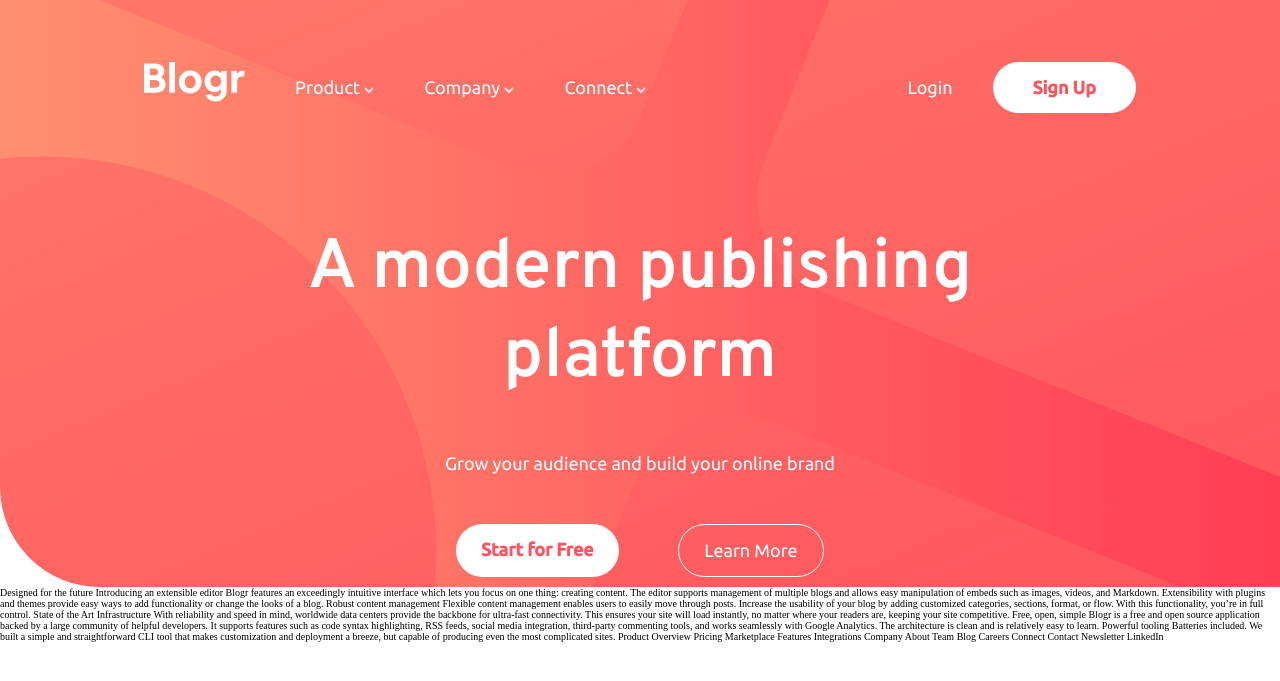
Repository: tomas938/tomaspage3
Page: index.html
These files come from the project's save history. The page is drawn as it stood at one moment and after the next save; the edit follows.
The browser window is 1280 px wide. The pictures show the whole page.
The style sheet was rebuilt from its Sass, Less or Tailwind sources for each picture, by a compiler version that may differ from the author's.

Above is the page before, as saved 2021-07-30 09:29:01.

After the next save:
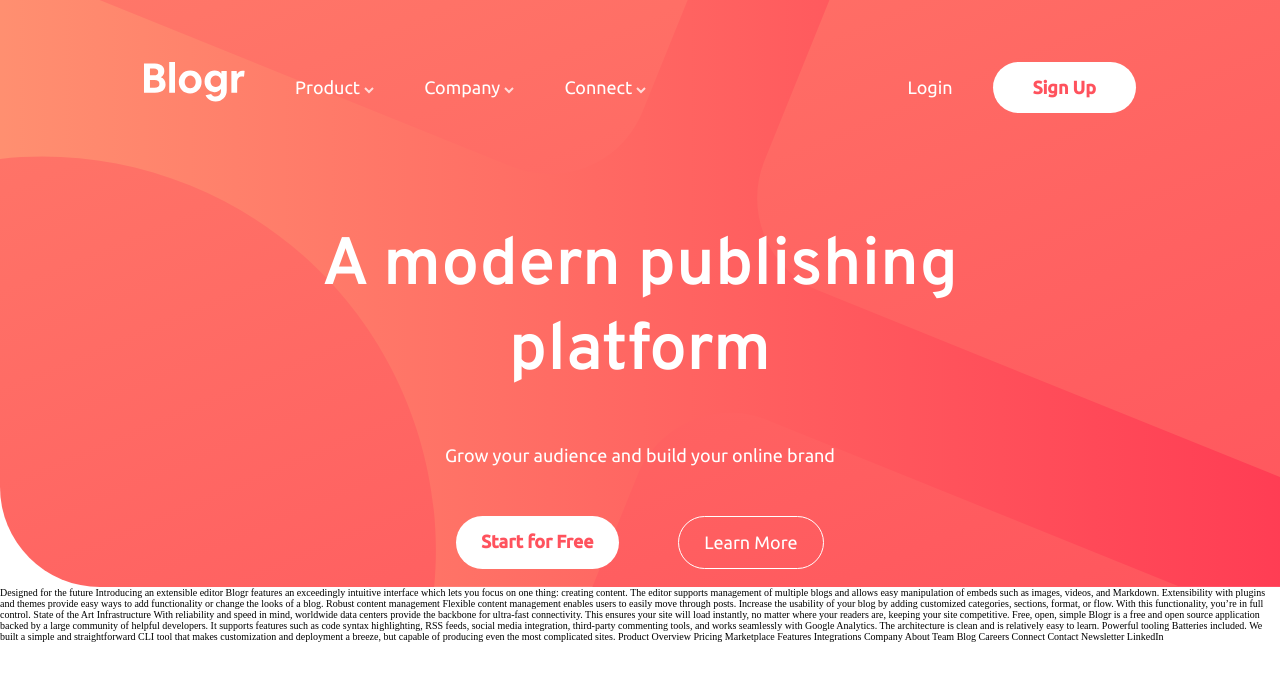
Saved 11 s later.
--- a/scss_partials/_intro.scss
+++ b/scss_partials/_intro.scss
@@ -41,7 +41,7 @@
 		margin: auto;
 		h1 {
 			padding: 5rem 0;
-			font-size: 7rem;
+			font-size: 6.7rem;
 			text-align: center;
 			font-family: $font-primary;
 			font-weight: $font-weight-primary-bold;
